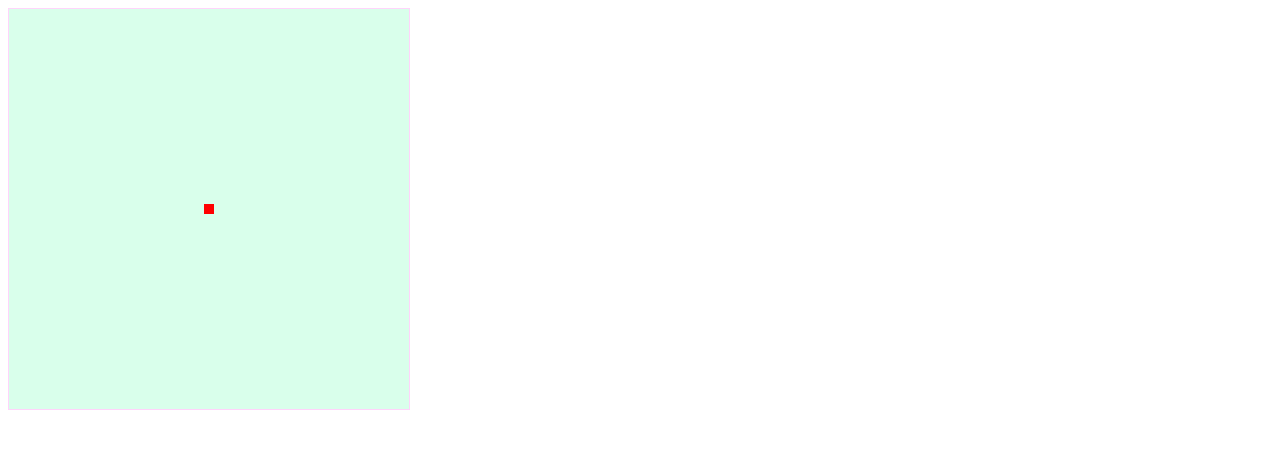
Repository: HyunraDate/ZhongpingShen
Page: Chocolate.html
These files come from the project's save history. The page is drawn as it stood at one moment and after the next save; the edit follows.
The browser window is 1280 px wide. The pictures show the whole page.

Above is the page before, as saved 2024-02-14 15:29:29.

### Chocolate.html
 <!DOCTYPE html>
 <html lang="en">
 <head>
    <meta charset="UTF-8">
    <meta name="viewport" content="width=device-width, initial-scale=1.0">
    <title>Valentines Day</title>
    <style>
      #webgl {
         border: 1px solid #ffd4fb;
      }
    </style>
 </head>

 <body>
    <canvas id="webgl" width="400" height="400">
      情人节快乐！
    </canvas>
    <script src="app.js"></script>
 </body>
 </html>

### app.js
let canvas = document.getElementById('webgl')
let gl = canvas.getContext('webgl') //webgl 是3d，2d直接写2d


//vertexShader, fragmentShader 组成program
let vertexSource = `
void main() {
    gl_Position = vec4 (0.0, 0.0, 0.0, 1.0);
    gl_PointSize = 10.0;
}
`
//glsl

//this is 像素点的颜色的信息
let fragmentSource = `
void main() {
    gl_FragColor = vec4(1.0, 0.0, 0.0, 1.0);
}
`;

//this is 容器
let vertexShader = gl.createShader(gl.VERTEX_SHADER)
let fragmentShader = gl.createShader(gl.FRAGMENT_SHADER)

gl.shaderSource(vertexShader, vertexSource)
gl.shaderSource(fragmentShader, fragmentSource)

gl.compileShader(vertexShader)
gl.compileShader(fragmentShader)

//program
let program = gl.createProgram()
gl.attachShader(program, vertexShader)
gl.attachShader(program, fragmentShader)
gl.linkProgram(program)
gl.useProgram(program)

//webgl (3d) //清空canvas画布
gl.clearColor(0.85, 1.0, 0.92, 1.0)  //(0.0, 0.0, 0.0, 1.0)Black //RGB + Ahpha透明通道，0.0完全透明
gl.clear(gl.COLOR_BUFFER_BIT) //大写：常量 like Math.PI //this is 清空颜色*(整个画布)

//画一个点
gl.drawArrays(gl.POINTS, 0,1)

//webgl (2d)
//ctx.fillRect(0, 0, 400, 400)
// gl.fillStyle = 'fuchsia'
// gl.fillRect(0, 0, 400, 400)

After the next save:
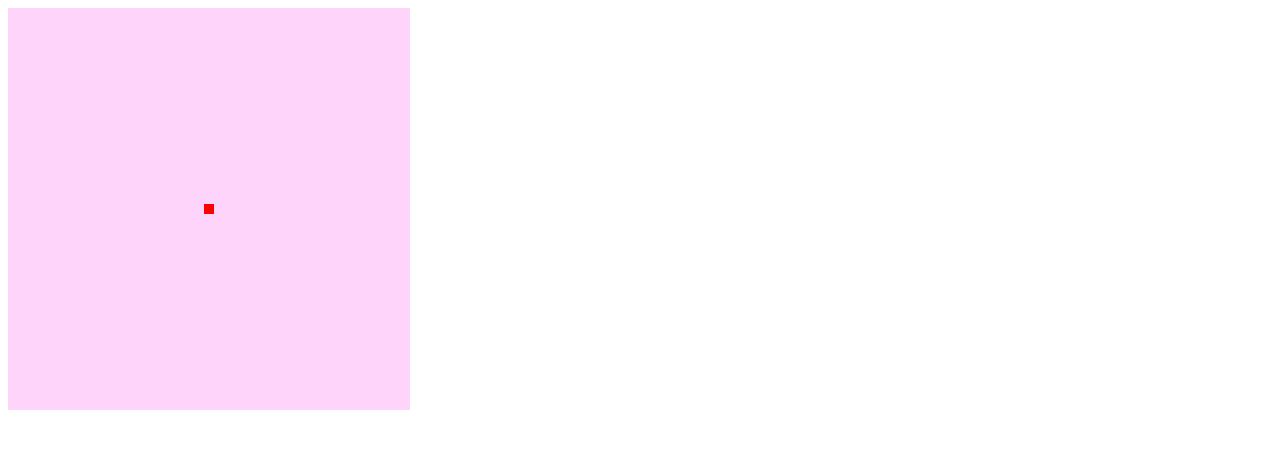
Saved 3 min 35 s later.
--- a/app.js
+++ b/app.js
@@ -36,8 +36,18 @@
 gl.useProgram(program)
 
 //webgl (3d) //清空canvas画布
-gl.clearColor(0.85, 1.0, 0.92, 1.0)  //(0.0, 0.0, 0.0, 1.0)Black //RGB + Ahpha透明通道，0.0完全透明
+//gl.clearColor(0.5, 0.5, 0.5, 1.0)  //(0.0, 0.0, 0.0, 1.0)Black //RGB + Ahpha透明通道，0.0完全透明
 gl.clear(gl.COLOR_BUFFER_BIT) //大写：常量 like Math.PI //this is 清空颜色*(整个画布)
+
+//ps if you wanna #ffd4fb，你可以将其转换为RGB值，然后将每个分量除以255.0来得到相应的浮点数。
+// 将颜色#ffd4fb转换为浮点数
+let r = 255 / 255.0;
+let g = 212 / 255.0;
+let b = 251 / 255.0;
+
+// 设置清除颜色
+gl.clearColor(r, g, b, 1.0);
+gl.clear(gl.COLOR_BUFFER_BIT)
 
 //画一个点
 gl.drawArrays(gl.POINTS, 0,1)
